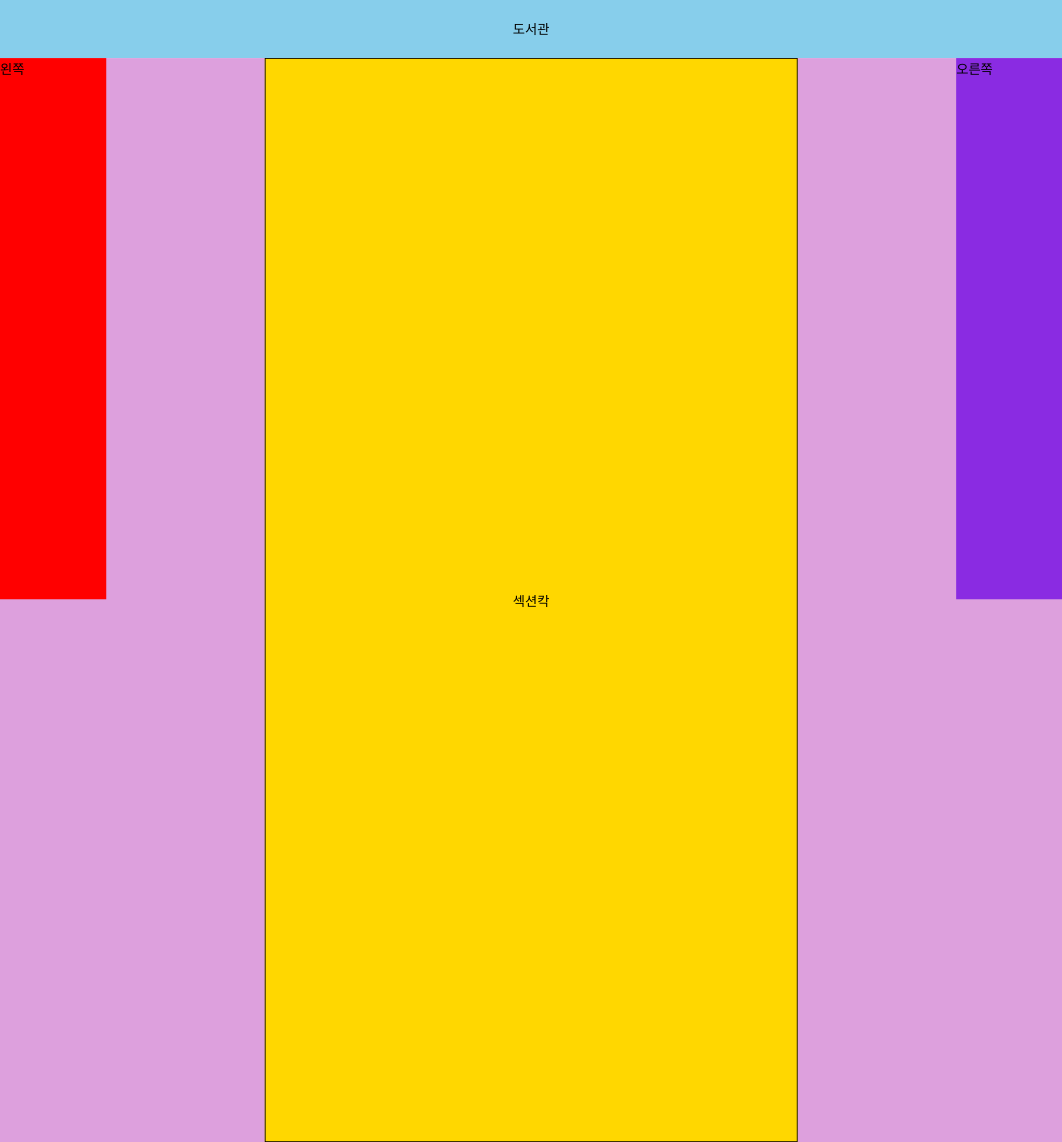
Repository: sojihwan/API_-Multi
Page: / (app in API/)
These files come from the project's save history. The page is drawn as it stood at one moment and after the next save; the edit follows.
The browser window is 1280 px wide. The pictures show the whole page, at 83% of full size.
The project was rebuilt for these pictures with package versions that can differ from the ones it lists, and the page was loaded fresh each time. Also part of the build but not shown: API/src/App.css.

Above is the page before, as saved 2022-05-24 15:17:18.

### API/src/App.js
import "./App.css";
import Layout from "./Layout/Layout";

function App() {
  return (
    <div>
      <Layout />
    </div>
  );
}

export default App;

### API/src/Layout/layout.js
import React from "react";
import "./Layout.css";
import Section from "./Section";

function Layout() {
  return (
    <div className="layout">
      <header>도서관</header>
      <main>
        <aside>왼쪽</aside>
        <Section />
        <aside>오른쪽</aside>
      </main>
    </div>
  );
}

export default Layout;

### API/src/Layout/layout.css
.layout {
  box-sizing: border-box;
}

header {
  width: 100%;
  height: 70px;
  line-height: 70px;
  text-align: center;
  background: skyblue;
}

aside {
  top: 70px;
}

main aside:first-child {
  position: absolute;
  left: 0;
  width: 10%;
  height: 90.6%;
  background: red;
}

main {
  display: flex;
  justify-content: center;
  align-items: center;
  min-height: 90.6vh;
  background: plum;
}

main aside:last-child {
  position: absolute;
  right: 0;
  width: 10%;
  height: 90.6%;
  background: blueviolet;
}

### API/src/Layout/Section.js
import React from "react";
import "../Layout/Section.css";

function Section() {
  return (
    <div className="section">
      <div>섹션칵</div>
    </div>
  );
}

export default Section;

### API/src/Layout/Section.css
.section {
  border: 1px solid black;
  width: 50%;
  padding: 50% 0;
  background: gold;
  text-align: center;

}

Loaded but not shown: API/public/index.html (common file); API/src/index.js (common file); API/src/index.css (common file); API/src/reportWebVitals.js (common file)

After the next save:
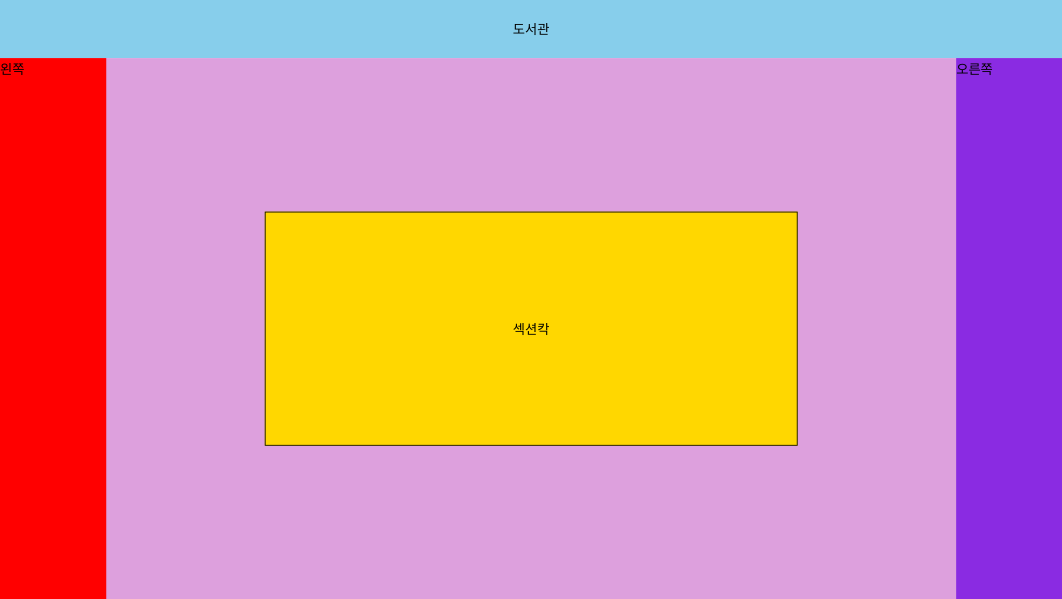
Saved 7 s later.
--- a/API/src/Layout/Section.css
+++ b/API/src/Layout/Section.css
@@ -1,7 +1,7 @@
 .section {
   border: 1px solid black;
   width: 50%;
-  padding: 50% 0;
+  padding: 10% 0;
   background: gold;
   text-align: center;
 
